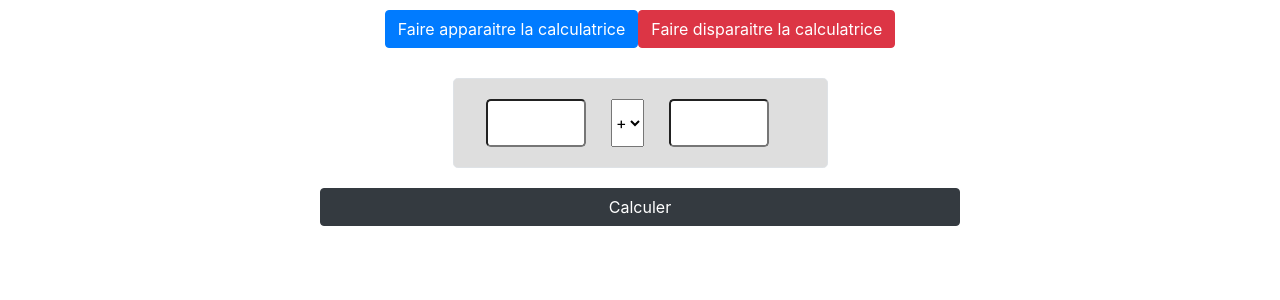
Repository: julieLyM/calculatrice
Page: calculatrice.html
The author's editor kept a copy of each file at every save. The page is drawn from the files as they stood at one save, then again after a run of saves.
The browser window is 1280 px wide. The pictures show the whole page.

Above is the page before, as saved 2020-12-08 15:34:50.

After the next 2 saves:
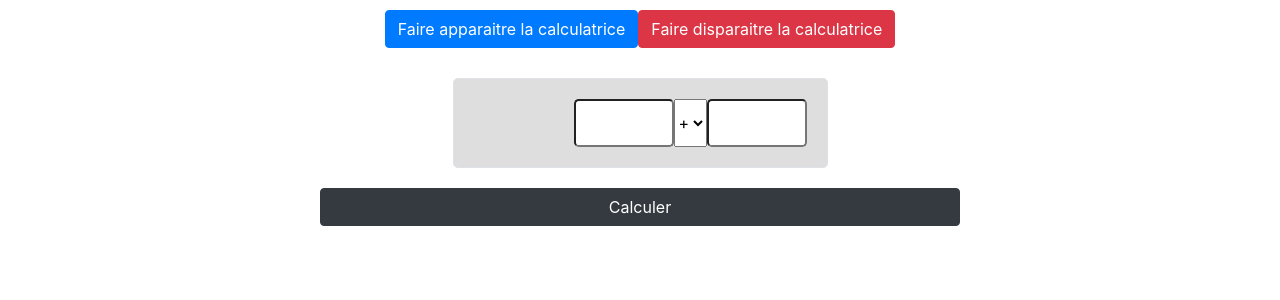
The 2 saves are shown as one change because they came seconds apart.
The last was saved 6 s later.
--- a/calculatrice.html
+++ b/calculatrice.html
@@ -18,7 +18,7 @@
           </button>
         </div>
         <div class="row justify-content-around border rounded-lg" id="blocCal"  style="padding: 20px;margin: 20px auto; text-align:center; width: 30%;background-color: #dedede">
-
+          <div class="col"></div>
           <input type="text" class="rounded-lg"  id="nombre1" style="width: 100px;">
           <select name="calcul" id="operateur">
             <option>+</option>
